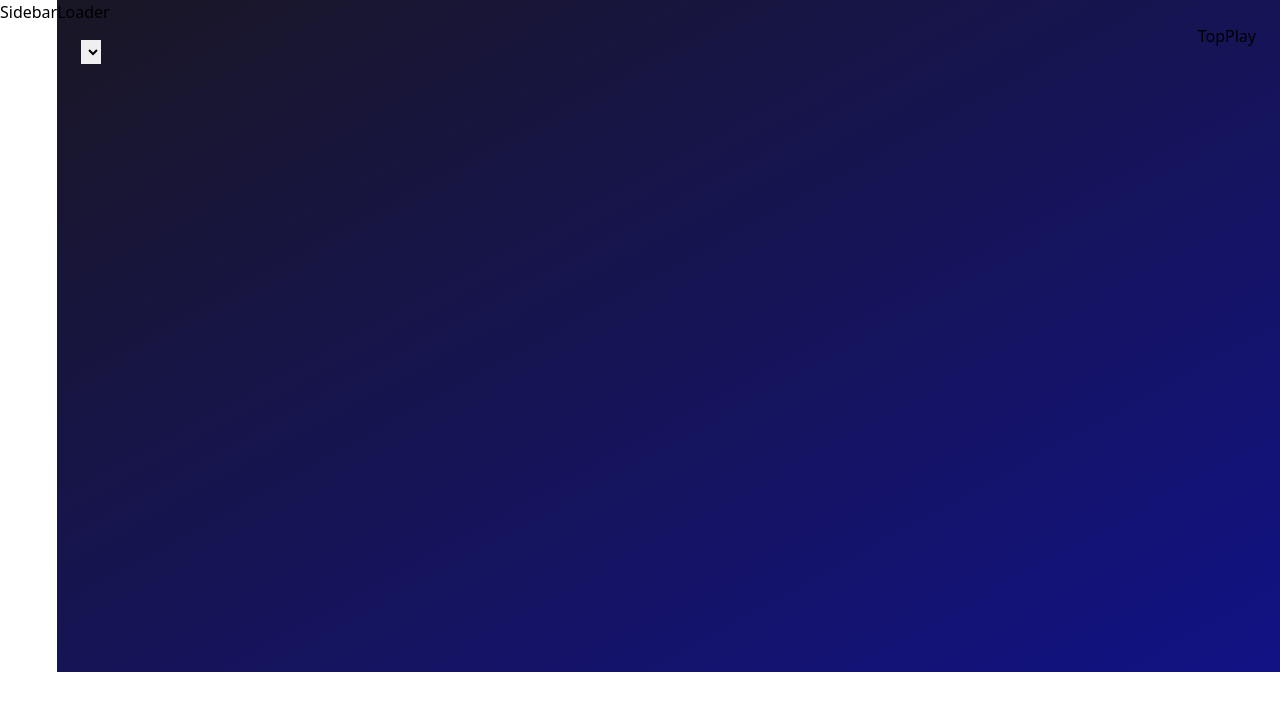
Repository: remydev47/Beats
Page: /
These files come from the project's save history. The page is drawn as it stood at one moment and after the next save; the edit follows.
The browser window is 1280 px wide. The pictures show the whole page.
The project was rebuilt for these pictures with package versions that can differ from the ones it lists, and the page was loaded fresh each time. Also part of the build but not shown: vite.config.js, src/components/SongCard.jsx, src/components/ArtistCard.jsx, src/components/DetailsHeader.jsx, src/components/PlayPause.jsx, src/components/SongBar.jsx, src/components/RelatedSongs.jsx, src/components/MusicPlayer/Controls.jsx and 13 more.

Above is the page before, as saved 2022-09-23 19:17:05.

### index.html
<!DOCTYPE html>
<html lang="en">
  <head>
    <meta charset="UTF-8" />
    <link rel="icon" type="image/svg+xml" href="/vite.svg" />
    <meta name="viewport" content="width=device-width, initial-scale=1.0" />
    <title>Lyrics</title>
  </head>
  <body>
    <div id="root"></div>
    <script type="module" src="/src/index.jsx"></script>
  </body>
</html>

### src/redux/features/playerSlice.js
import { createSlice } from '@reduxjs/toolkit';

const initialState = {
  currentSongs: [],
  currentIndex: 0,
  isActive: false,
  isPlaying: false,
  activeSong: {},
  genreListId: '',
};

const playerSlice = createSlice({
  name: 'player',
  initialState,
  reducers: {
    setActiveSong: (state, action) => {
      state.activeSong = action.payload.song;

      if (action.payload?.data?.tracks?.hits) {
        state.currentSongs = action.payload.data.tracks.hits;
      } else if (action.payload?.data?.properties) {
        state.currentSongs = action.payload?.data?.tracks;
      } else {
        state.currentSongs = action.payload.data;
      }

      state.currentIndex = action.payload.i;
      state.isActive = true;
    },

    nextSong: (state, action) => {
      if (state.currentSongs[action.payload]?.track) {
        state.activeSong = state.currentSongs[action.payload]?.track;
      } else {
        state.activeSong = state.currentSongs[action.payload];
      }

      state.currentIndex = action.payload;
      state.isActive = true;
    },

    prevSong: (state, action) => {
      if (state.currentSongs[action.payload]?.track) {
        state.activeSong = state.currentSongs[action.payload]?.track;
      } else {
        state.activeSong = state.currentSongs[action.payload];
      }

      state.currentIndex = action.payload;
      state.isActive = true;
    },

    playPause: (state, action) => {
      state.isPlaying = action.payload;
    },

    selectGenreListId: (state, action) => {
      state.genreListId = action.payload;
    },
  },
});

export const { setActiveSong, nextSong, prevSong, playPause, selectGenreListId } = playerSlice.actions;

export default playerSlice.reducer;

### src/pages/Discover.jsx
import { Error, Loader, SongCard } from '../components';
import { genres } from '../assets/constants'

const Discover = () => {
    return(
        <div className={styles.container}>
            <div className={styles.wrapper}>
                <select></select>
            </div>
        </div>
    )
}

export default Discover;

const styles ={
    container:`flex flex-col`,
    wrapper:`w-full flex justify-between items-center sm:flex-row flex-col mt-4 mb-10`
}

### src/assets/constants.js
import { HiOutlineHashtag, HiOutlineHome, HiOutlinePhotograph, HiOutlineUserGroup } from 'react-icons/hi';

export const genres = [
  { title: 'Pop', value: 'POP' },
  { title: 'Hip-Hop', value: 'HIP_HOP_RAP' },
  { title: 'Dance', value: 'DANCE' },
  { title: 'Electronic', value: 'ELECTRONIC' },
  { title: 'Soul', value: 'SOUL_RNB' },
  { title: 'Alternative', value: 'ALTERNATIVE' },
  { title: 'Rock', value: 'ROCK' },
  { title: 'Latin', value: 'LATIN' },
  { title: 'Film', value: 'FILM_TV' },
  { title: 'Country', value: 'COUNTRY' },
  { title: 'Worldwide', value: 'WORLDWIDE' },
  { title: 'Reggae', value: 'REGGAE_DANCE_HALL' },
  { title: 'House', value: 'HOUSE' },
  { title: 'K-Pop', value: 'K_POP' },
];

export const links = [
  { name: 'Discover', to: '/', icon: HiOutlineHome },
  { name: 'Around You', to: '/around-you', icon: HiOutlinePhotograph },
  { name: 'Top Artists', to: '/top-artists', icon: HiOutlineUserGroup },
  { name: 'Top Charts', to: '/top-charts', icon: HiOutlineHashtag },
];

Loaded but not shown: src/index.jsx (common file); src/index.css (common file); src/App.jsx (common file); src/redux/store.js (common file); src/components/index.js (common file); src/pages/index.js (common file); src/components/Sidebar.jsx (common file); src/components/Searchbar.jsx (common file); src/components/TopPlay.jsx (common file); tailwind.config.cjs (common file)

After the next save:
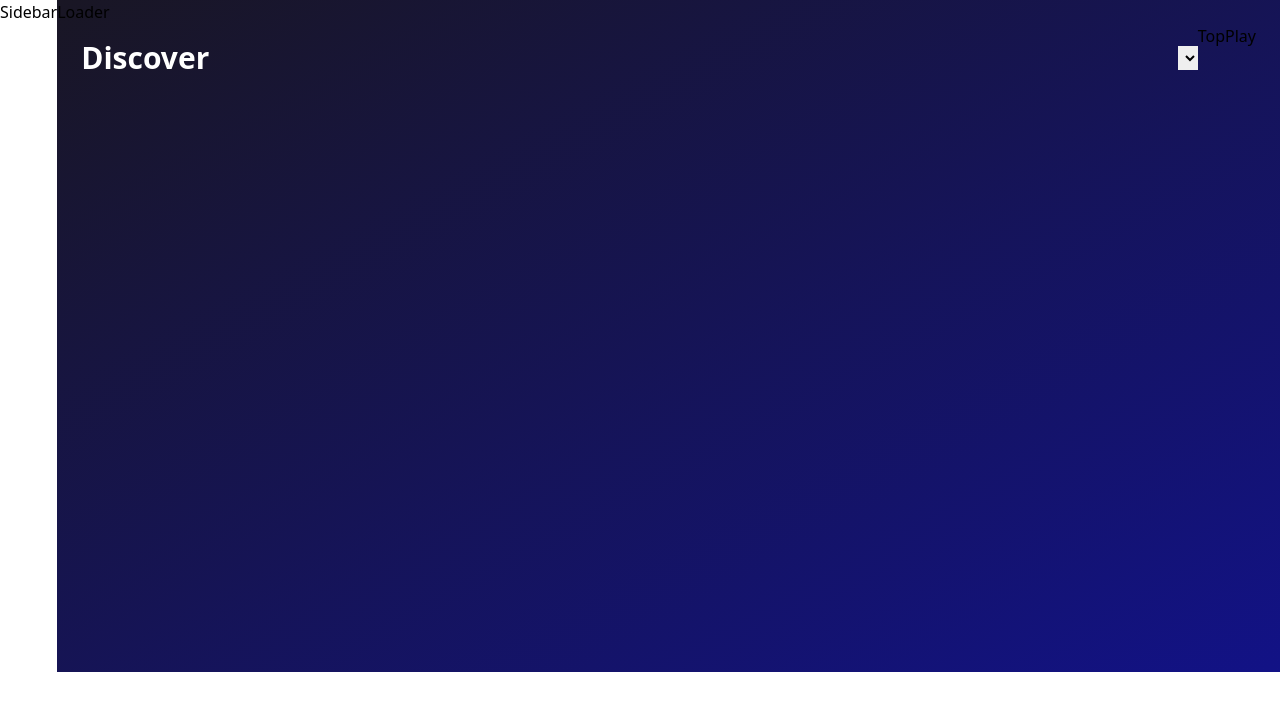
Saved 55 s later.
--- a/src/pages/Discover.jsx
+++ b/src/pages/Discover.jsx
@@ -5,6 +5,7 @@ const Discover = () => {
     return(
         <div className={styles.container}>
             <div className={styles.wrapper}>
+                <h2 className='font-bold text-3xl text-white text-left'>Discover</h2>
                 <select></select>
             </div>
         </div>
